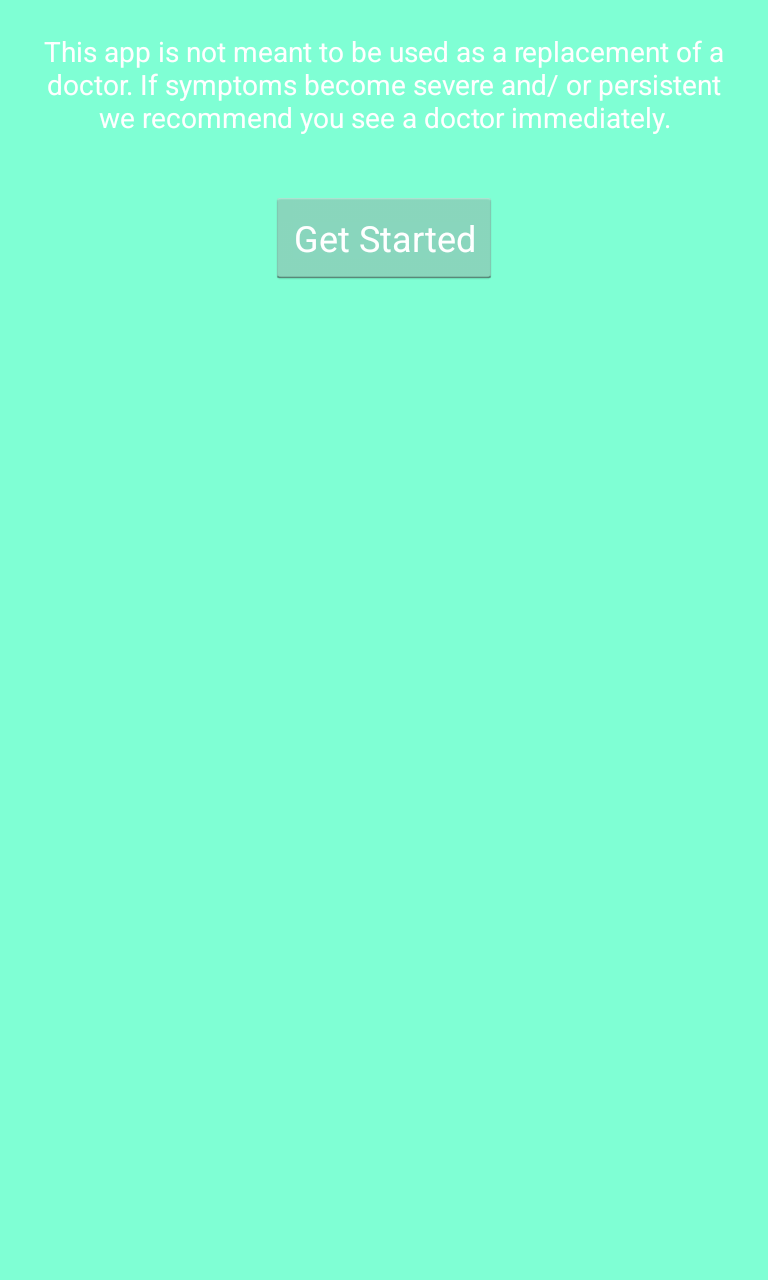
Repository: rosingrr/SympMeds
Layout: app/SympMeds/res/layout/activity_main.xml
These files come from the project's save history. The layout is drawn as it stood at one moment and after the next save; the edit follows.
It is drawn on a 768 x 1280 px phone screen (xhdpi) without system bars, with theme AppTheme; the app's code is not run.

Above is the layout before, as saved 2013-08-02 13:23:20.

After the next save:
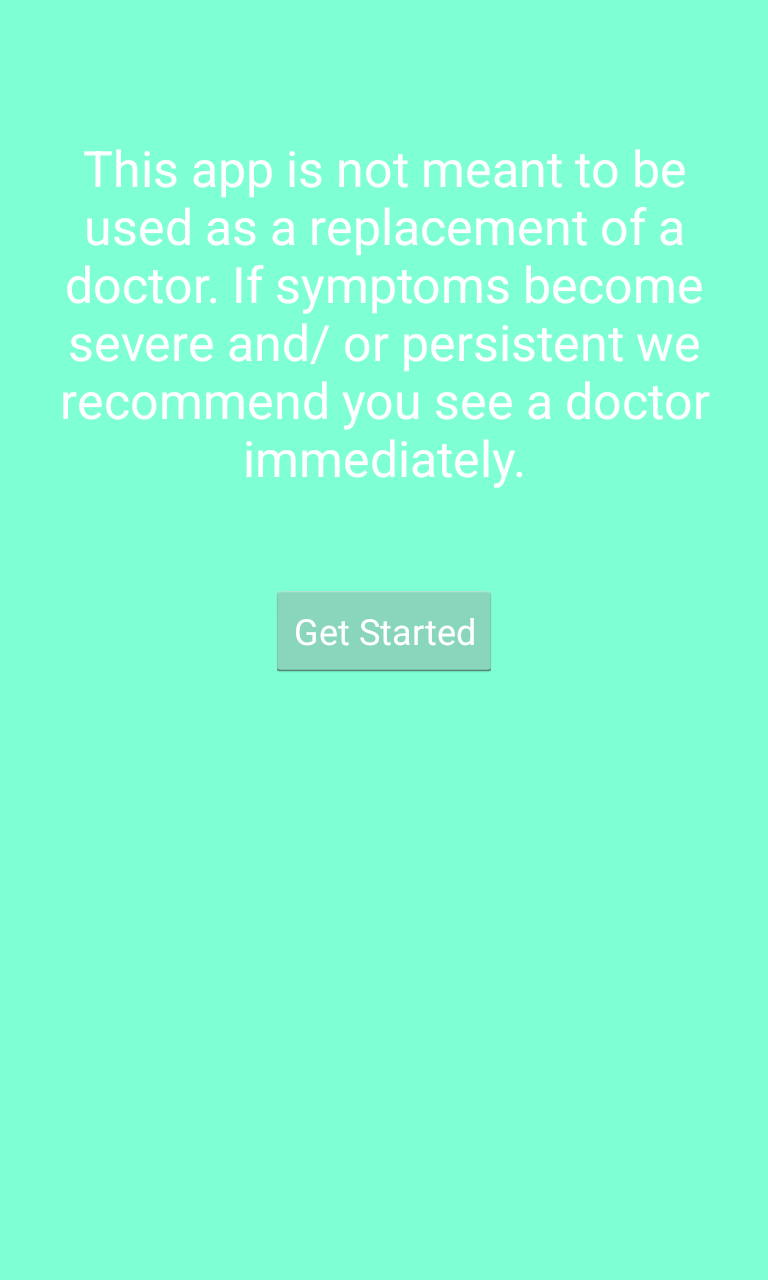
Saved 52 s later.
--- a/app/SympMeds/res/layout/activity_main.xml
+++ b/app/SympMeds/res/layout/activity_main.xml
@@ -15,7 +15,7 @@
         android:layout_height="wrap_content"
         android:layout_below="@+id/welcom_textView"
         android:layout_centerHorizontal="true"
-        android:layout_marginTop="27dp"
+        android:layout_marginTop="46dp"
         android:onClick="start"
         android:text="@string/start"
         android:textColor="@color/white" />
@@ -24,8 +24,12 @@
         android:id="@+id/welcom_textView"
         android:layout_width="wrap_content"
         android:layout_height="wrap_content"
+        android:layout_alignParentTop="true"
+        android:layout_centerHorizontal="true"
+        android:layout_marginTop="51dp"
         android:gravity="center"
         android:text="@string/welcome"
-        android:textColor="@color/white" />
+        android:textColor="@color/white"
+        android:textSize="25" />
 
 </RelativeLayout>
